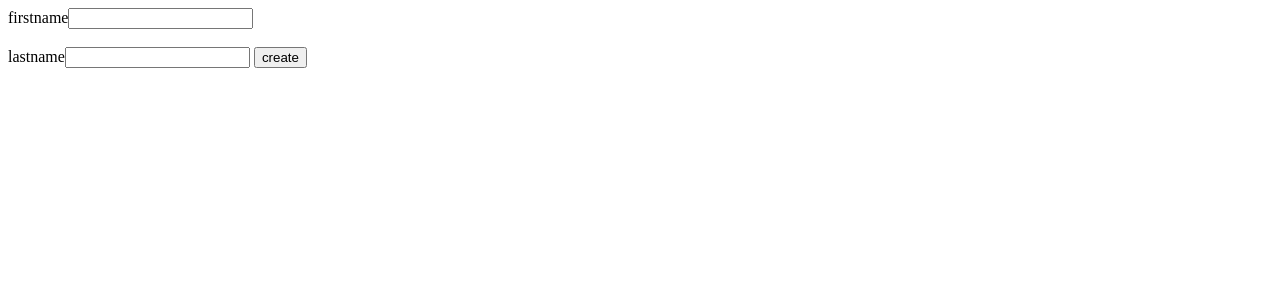
Repository: Rutuja25121995/All-java-programs
Page: myprograms/jdbc_joins/src/main/webapp/index.html
An editor plug-in stored every save of this project. The page is shown before and after the next save, followed by the edit.
The browser window is 1280 px wide. The pictures show the whole page.

Above is the page before, as saved 2023-08-15 11:11:12.

After the next save:
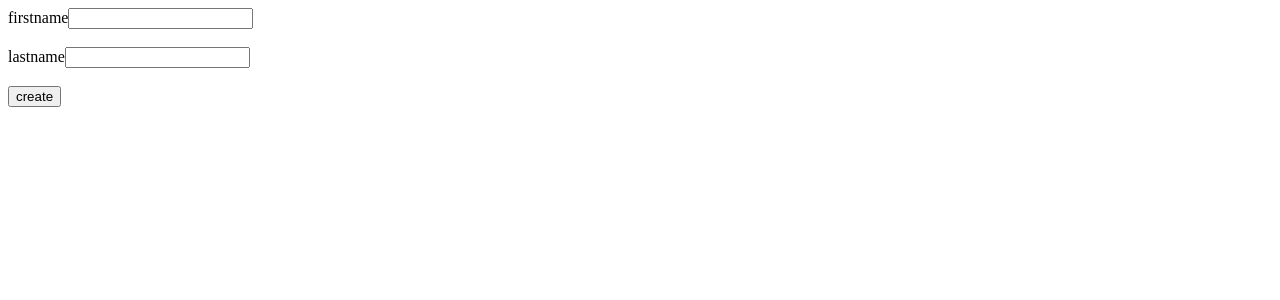
Saved 4 s later.
--- a/myprograms/jdbc_joins/src/main/webapp/index.html
+++ b/myprograms/jdbc_joins/src/main/webapp/index.html
@@ -7,7 +7,7 @@
 <body>
 <form action="create">
 firstname<input type="text" name="fname"><br><br>
-lastname<input type="text" name="lname">
+lastname<input type="text" name="lname"><br><br>
 <input type="submit" value="create">
 </form>
 </body>
